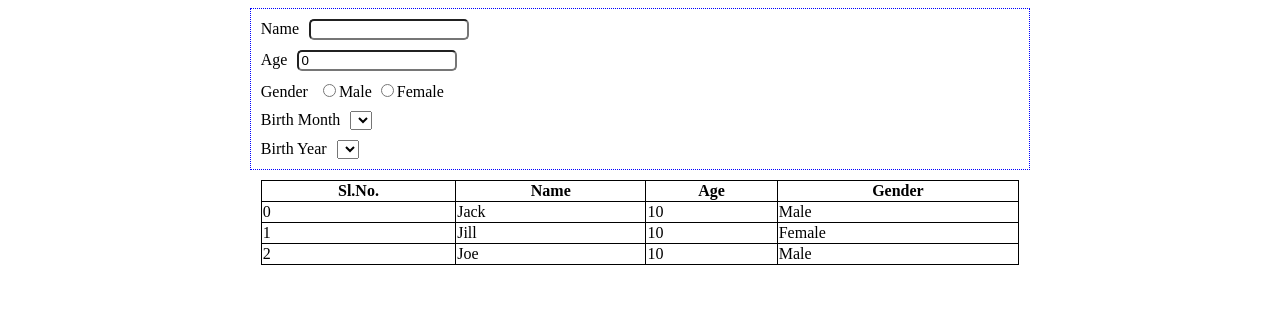
Repository: tysonpaul89/vue-student-crud
Page: /
These files come from the project's save history. The page is drawn as it stood at one moment and after the next save; the edit follows.
The browser window is 1280 px wide. The pictures show the whole page.
The project was rebuilt for these pictures with package versions that can differ from the ones it lists, and the page was loaded fresh each time.

Above is the page before, as saved 2020-04-10 18:01:54.

After the next save:
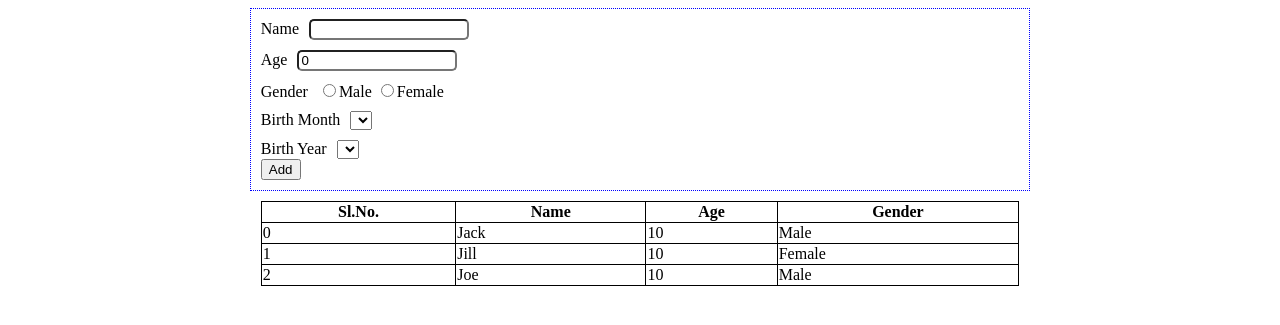
Saved 37 s later.
--- a/src/components/StudentForm.vue
+++ b/src/components/StudentForm.vue
@@ -26,6 +26,7 @@
           <option value=""></option>
         </select>
       </div>
+      <button type="submit">Add</button>
     </form>
   </div>
 </template>
